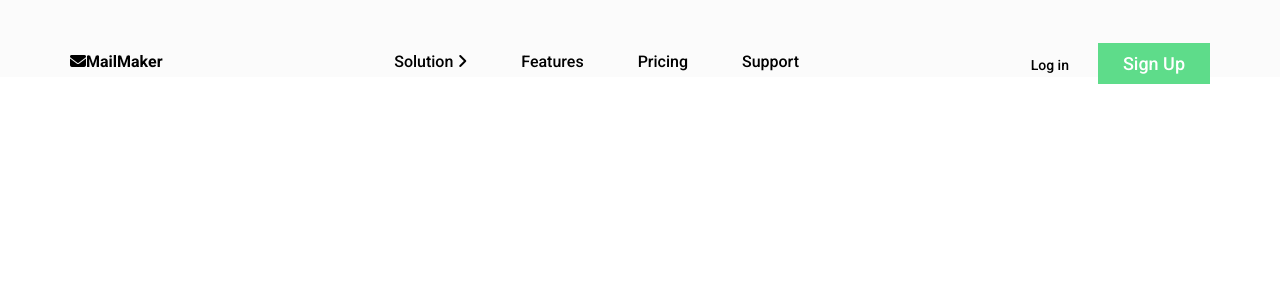
Repository: phanhuy16/Folder
Page: sign/index.html
An editor plug-in stored every save of this project. The page is shown before and after the next save, followed by the edit.
The browser window is 1280 px wide. The pictures show the whole page.

Above is the page before, as saved 2023-04-29 20:20:15.

### sign/index.html
<!DOCTYPE html>
<html lang="en">
<head>
    <meta charset="UTF-8">
    <meta http-equiv="X-UA-Compatible" content="IE=edge">
    <meta name="viewport" content="width=device-width, initial-scale=1.0">
    <link rel="preconnect" href="https://fonts.googleapis.com">
    <link rel="preconnect" href="https://fonts.gstatic.com" crossorigin>
    <link href="https://fonts.googleapis.com/css2?family=Roboto:wght@300;400;500;700&display=swap" rel="stylesheet">
    <link rel="stylesheet" href="./fontawesome-free-6.4.0-web/css/all.css">
    <title>Marketing</title>
    <link rel="stylesheet" href="./main.css/reset.css">
    <link rel="stylesheet" href="./main.css/style.css">
</head>
<body>
    <div class="container">
        <div class="header">
            <div class="header-logo">
                <a href="#" class="logo">
                    <i class="fa-solid fa-envelope"></i>MailMaker
                </a>
            </div>
            <div class="header-item">
                <a href="#" class="header-list">Solution <i class="fa-solid fa-angle-right"></i></a>
                <a href="#" class="header-list">Features</a>
                <a href="#" class="header-list">Pricing</a>
                <a href="#" class="header-list">Support</a>
            </div>
            <div class="header-socal" style="padding-right: 70px;">
                <a href="#" class="header-login">Log in</a>
                <a href="#" class="header-signup">Sign Up</a>
            </div>
        </div>
    </div>
</body>
</html>

### sign/main.css/reset.css
* {
    margin: 0;
    padding: 0;
    border: 0;
    font-size: 16px;
}

ol, ul {
    list-style: none;
}

a {
    text-decoration: none;
}

### sign/main.css/style.css
* {
    box-sizing: inherit;
}
html {
    font-family: 'Roboto', sans-serif;
    line-height: 1.5;
    font-size: 62.5%;
    box-sizing: border-box;
}

body {
    overflow-x: hidden;
    color: black;
    display: flex;
    align-items: center;
    justify-content: center;
    background-color: white;
}

img {
    display: block;
    max-width: 100%;
}

.container {
    width: 100%;
    max-width: 1400px;
    max-height: 100%;
    background-color: #FBFBFB;
}

.header {
    display: flex;
    justify-content: space-between;
    margin-top: 50px;
}

.logo {
    font-size: 16px;
    font-weight: bold;
    color: black;
    padding-left: 70px;
}

.header-list {
    padding: 0 25px;
    color: black;
    font-weight: 500;
}

.header-login {
    padding-right: 25px;
    color: black;
    font-size: 14px;
    font-weight: 500;
}

.header-signup {
    font-size: 18px;
    font-weight: 500;
    color: white;
    padding: 10px 25px;
    background: #5EDC8A;
}

Loaded but not shown: sign/fontawesome-free-6.4.0-web/css/all.css (library)

After the next save:
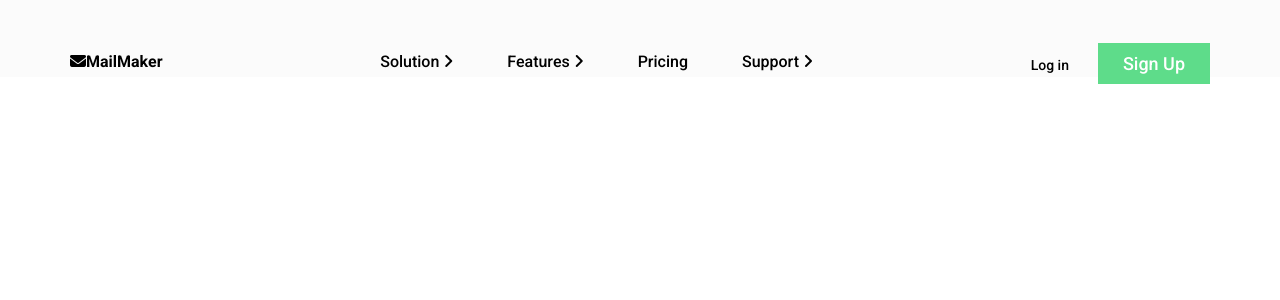
Saved 12 s later.
--- a/sign/index.html
+++ b/sign/index.html
@@ -22,9 +22,9 @@
             </div>
             <div class="header-item">
                 <a href="#" class="header-list">Solution <i class="fa-solid fa-angle-right"></i></a>
-                <a href="#" class="header-list">Features</a>
+                <a href="#" class="header-list">Features <i class="fa-solid fa-angle-right"></i></a>
                 <a href="#" class="header-list">Pricing</a>
-                <a href="#" class="header-list">Support</a>
+                <a href="#" class="header-list">Support <i class="fa-solid fa-angle-right"></i></a>
             </div>
             <div class="header-socal" style="padding-right: 70px;">
                 <a href="#" class="header-login">Log in</a>
